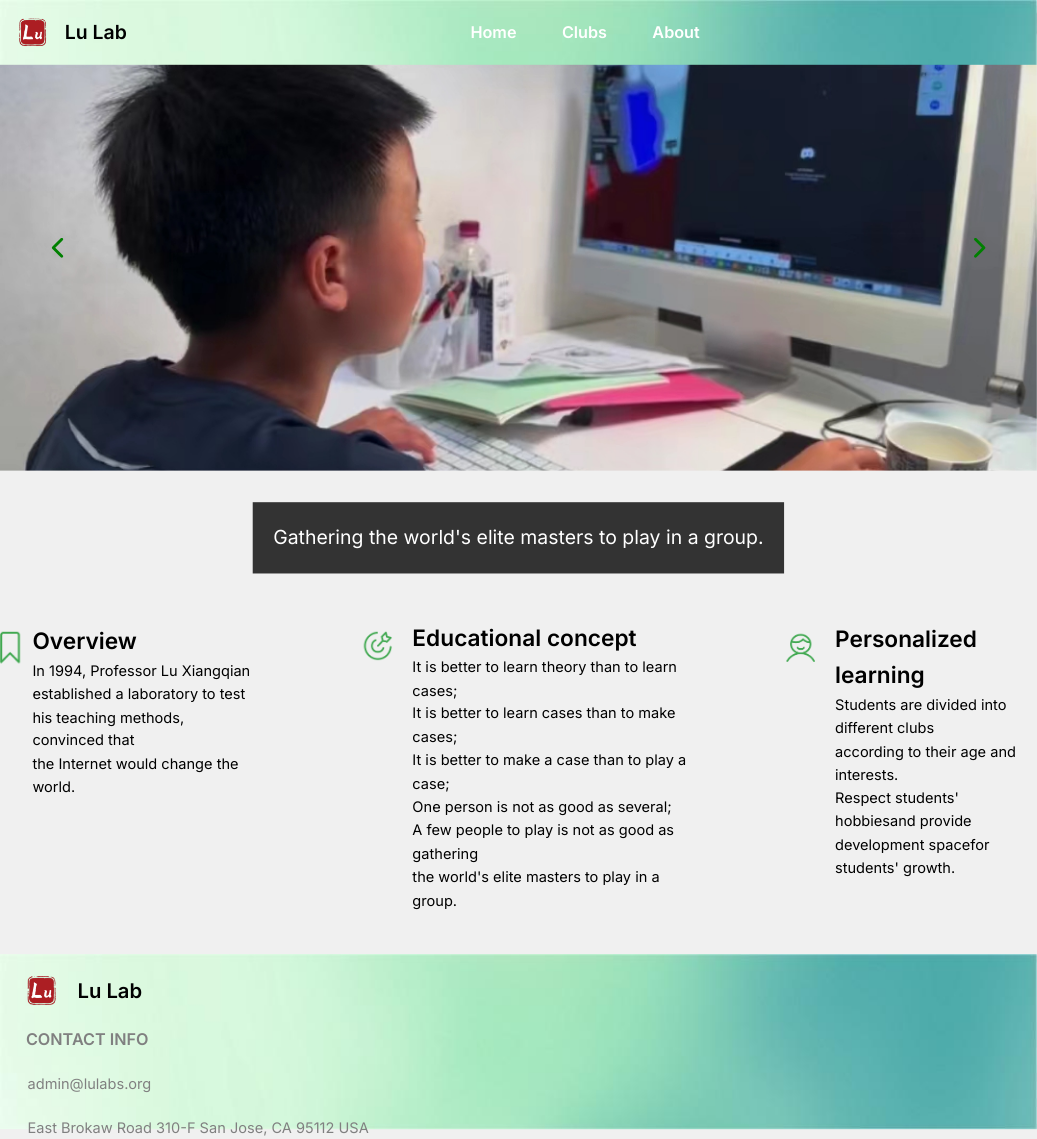
Repository: proflulab/lulab_website_next_js
Page: /
The author's editor kept a copy of each file at every save. The page is drawn from the files as they stood at one save, then again after the next save.
The browser window is 1280 px wide. The pictures show the whole page, at 81% of full size.
The project was rebuilt for these pictures with package versions that can differ from the ones it lists, and the page was loaded fresh each time. The framework's server and built-in components were replaced by stand-ins that run in the browser. Also part of the build but not shown: next.config.js, next.config.mjs.

Above is the page before, as saved 2023-12-27 21:14:25.

After the next save:
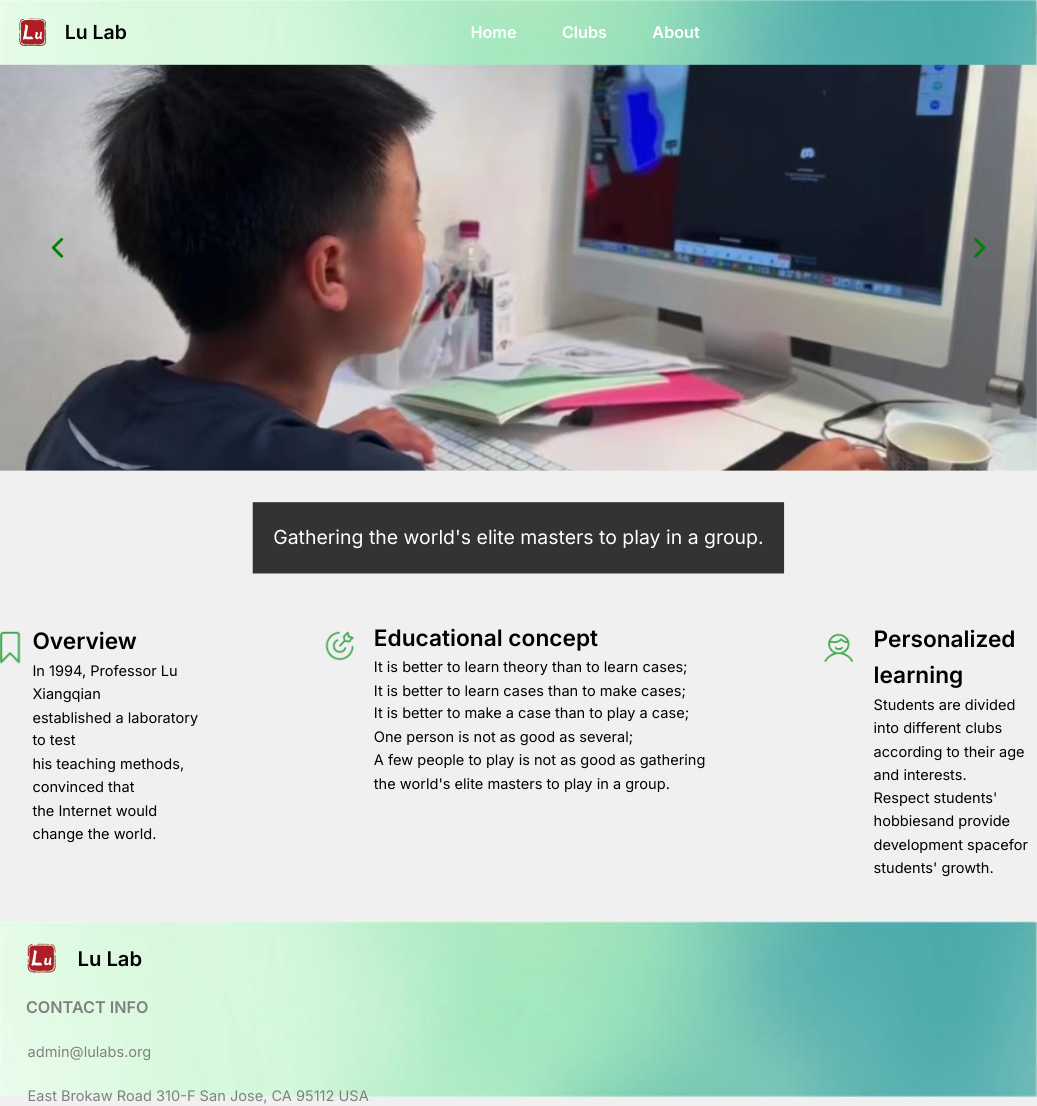
Saved 8 s later.
--- a/app/page.tsx
+++ b/app/page.tsx
@@ -330,7 +330,7 @@
                 </p>
               </div>
             </div>
-            <div style={{ flex: "1.3", marginRight: "120px" }}>
+            <div style={{ flex: "1.9", marginRight: "120px" }}>
               {" "}
               {/* 将 Edu 部分的 flex 值调整为 1.5 */}
               <Image src="/Edu.png" alt="" width={35} height={35} />

After the save that followed:
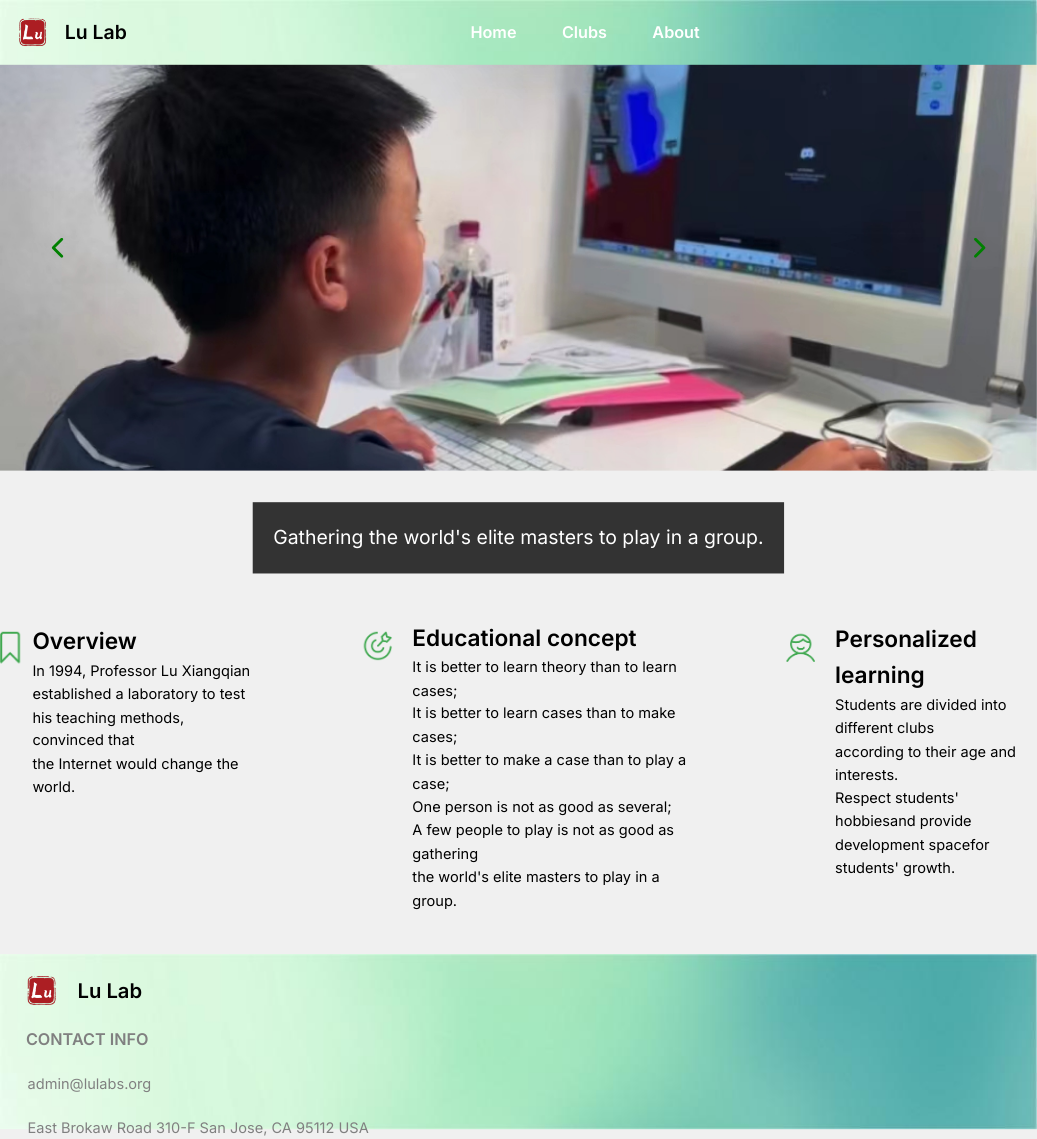
Saved 6 s later.
--- a/app/page.tsx
+++ b/app/page.tsx
@@ -330,7 +330,7 @@
                 </p>
               </div>
             </div>
-            <div style={{ flex: "1.9", marginRight: "120px" }}>
+            <div style={{ flex: "1.3", marginRight: "120px" }}>
               {" "}
               {/* 将 Edu 部分的 flex 值调整为 1.5 */}
               <Image src="/Edu.png" alt="" width={35} height={35} />
